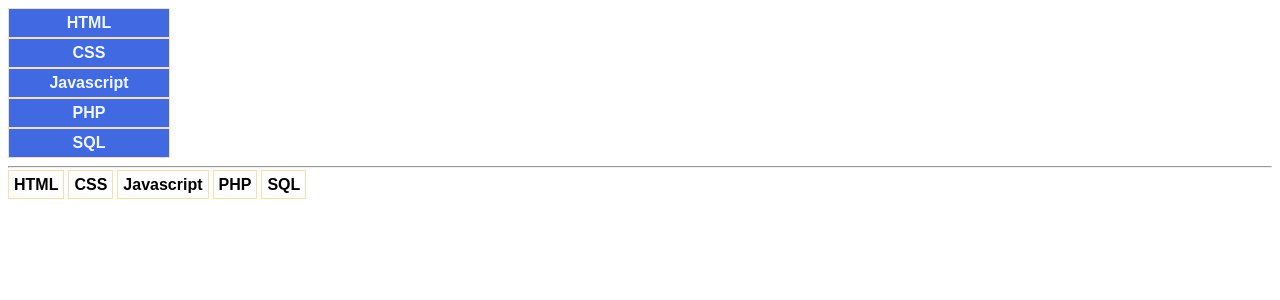
Repository: Pr-DuyTam/HTML-CSS-JS-PHP
Page: CSS/Bài Tập CSS/Bai2.html
These files come from the project's save history. The page is drawn as it stood at one moment and after the next save; the edit follows.
The browser window is 1280 px wide. The pictures show the whole page.

Above is the page before, as saved 2023-08-03 09:27:06.

After the next save:
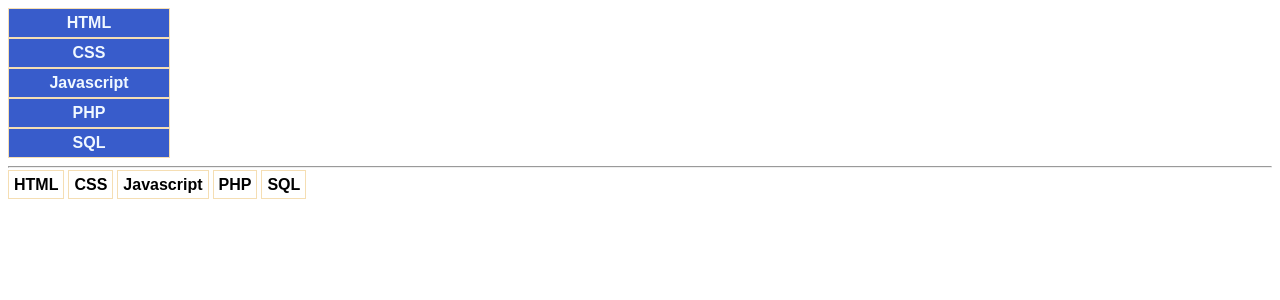
Saved 38 s later.
--- a/CSS/Bài Tập CSS/Bai2.html
+++ b/CSS/Bài Tập CSS/Bai2.html
@@ -19,7 +19,7 @@
         }
         a:link{
             color: aliceblue;
-            background-color: red;
+            background-color: #385ccb;
         }
         a:hover{ /*Di chuyển chuột*/
             color: white;
@@ -34,34 +34,6 @@
             background-color: #aee22b;
         }
 
-         a{
-
-            width:150px;
-            border: thin solid wheat;
-            font-weight: bold;
-            display: block;
-            font-size: 12pt;
-            font-family: Arial, Helvetica, sans-serif;
-            text-align: center;
-            padding: 5px; /*Thêm vào khoảng không cho thành phần*/
-            text-decoration: none ; /*Định dạng văn bản thường, mặc định*/
-        }
-        a:link{
-            color: aliceblue;
-            background-color: #4169e1;
-        }
-        a:hover{ /*Di chuyển chuột*/
-            color: white;
-            background-color: #87ceeb;
-        }
-        a:visited{
-            color: yellow;
-            background-color: #4169e1;
-        }
-        a:active{
-            color: red;
-            background-color: #aee22b;
-        }
         b{
             width:150px;
             border: thin solid wheat;
